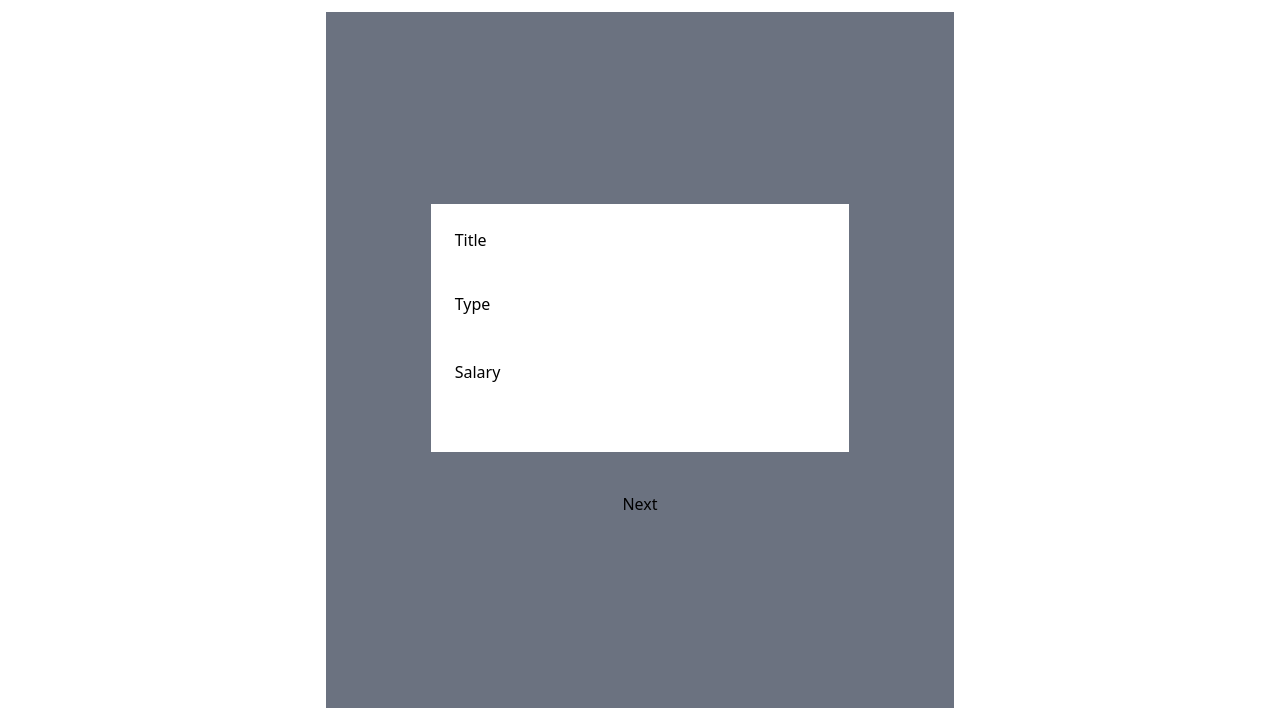
Repository: Abdibaye/Job-Sphere
Page: /form
The author's editor kept a copy of each file at every save. The page is drawn from the files as they stood at one save, then again after the next save.
The browser window is 1280 px wide. The pictures show the whole page.
The project was rebuilt for these pictures with package versions that can differ from the ones it lists, and the page was loaded fresh each time. Also part of the build but not shown: vite.config.js, src/components/search.jsx, src/components/navbar.jsx, src/pages/descriptionpage.jsx, src/components/job.jsx, src/components/feed.jsx, src/components/saved.jsx, src/components/filter.jsx and 4 more.

Above is the page before, as saved 2025-02-22 22:47:37.

### index.html
<!doctype html>
<html lang="en">
  <head>
    <meta charset="UTF-8" />
    <link rel="icon" type="image/svg+xml" href="/vite.svg" />

    <link rel="preconnect" href="https://fonts.googleapis.com">
    <link rel="preconnect" href="https://fonts.gstatic.com" crossorigin>
    <link href="https://fonts.googleapis.com/css2?family=Inter:ital,opsz,wght@0,14..32,100..900;1,14..32,100..900&family=Open+Sans:ital,wght@0,300..800;1,300..800&family=Poppins:wght@100;200;300;400;600;700&display=swap" rel="stylesheet">

    <meta name="viewport" content="width=device-width, initial-scale=1.0" />
    <title>Vite + React</title>
  </head>
  <body>
    <div id="root"></div>
    <script type="module" src="/src/main.jsx"></script>
  </body>
</html>

### src/main.jsx
import { StrictMode } from 'react'
import { createRoot } from 'react-dom/client'
import './index.css'
import App from './App.jsx'
import Description from './pages/descriptionpage.jsx'
import HomePage from './pages/homepage.jsx'

createRoot(document.getElementById('root')).render(
  <StrictMode>
    <App />
  </StrictMode>,
)

### src/App.jsx
import Navbar from "./components/navbar";
import Description from "./pages/descriptionpage";
import HomePage from "./pages/homepage";
import LoginPage from "./pages/loginpage";
import SignUp from "./pages/Signup";
import { BrowserRouter, Routes, Route, Outlet } from "react-router-dom";
import Feed from "./components/feed";
import Forms from "./pages/formpage";

function App() {
  return (
    <BrowserRouter>
      <Routes>
        {/* Default route for login */}
        <Route path="/" element={<LoginPage />} />

        {/* Nested routes under Navbar */}
        <Route path="/navbar" element={<Navbar />}>
          <Route index element={<HomePage    />} /> {/* Default child route */}
          <Route path="description" element={<Description />} /> {/* Relative path */}
        </Route>

        {/* Signup route */}
        <Route path="/signup" element={<SignUp />} />


        <Route path='/form' element = {<Forms />} />
      </Routes>
    </BrowserRouter>
  );
}

export default App;

### src/pages/formpage.jsx
import { BrowserRouter, Routes, Route, Link, Outlet } from "react-router-dom";
import Form from "../components/form";



function Forms(){
    return(
        <>
        <div>
        <Form />
        <Outlet />
        </div>
        </>
    )


}



export default Forms;

### src/components/form.jsx


function Form(){
    return(
        <div className=" h-screen  flex justify-center p-3 ">
            <div className="bg-gray-500 w-1/2 flex flex-col justify-center items-center">
              <div className="bg-[#fff] w-2/3 h-fit flex flex-col justify-center p-6 ">
                <p className="mb-3">Title</p>
                <input className="mb-2 h-[20px]" type="text" />
                <p className="mb-3">Type</p>
                <input className="mb-2" type="text" />
                <p className="mb-3">Salary</p>
                <input className="mb-2" type="text" />
              </div>
              <button className="mt-10">Next</button>
            </div>
        </div>
    );
}


export default Form

### tailwind.config.js
/** @type {import('tailwindcss').Config} */
export default {
  content: [
    "./index.html",
    "./src/**/*.{js,ts,jsx,tsx}",
  ],
  theme: {
    extend: {
      fontFamily: {
        'inter': ['Inter', 'sans-serif'],
      },
    },
  },
  plugins: [],
}

Loaded but not shown: src/index.css (common file)

After the next save:
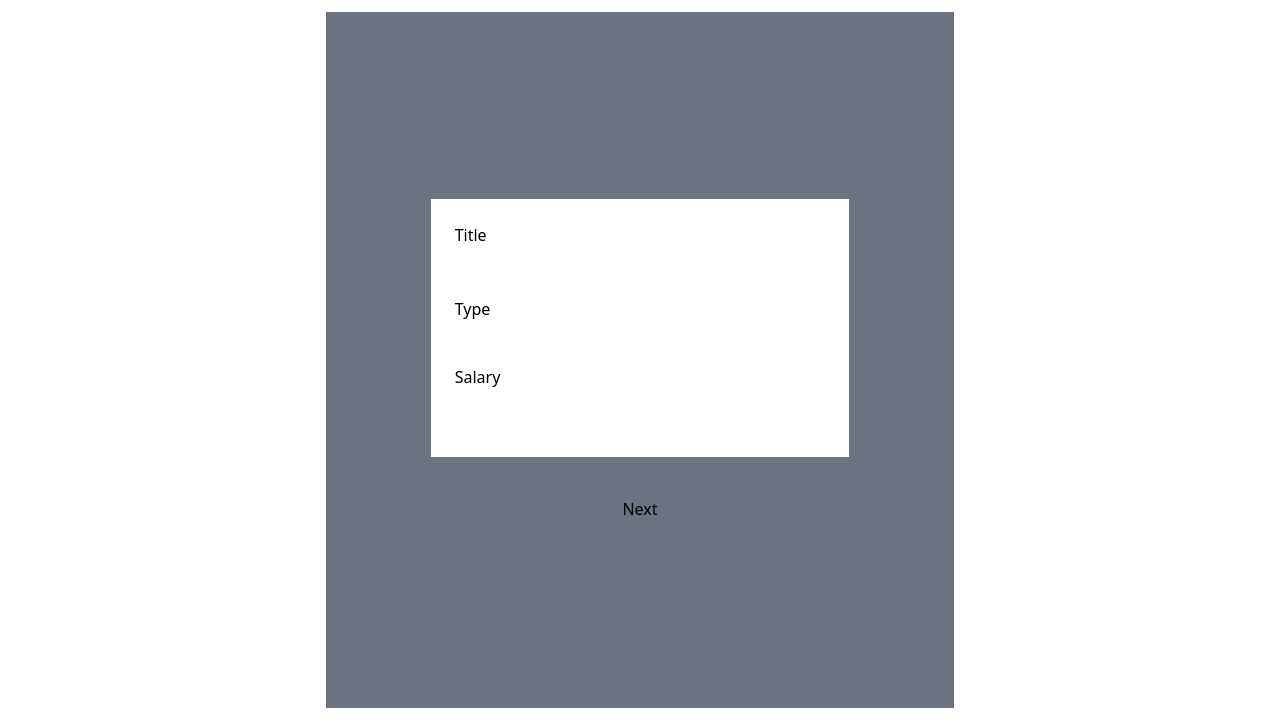
Saved 7 s later.
--- a/src/components/form.jsx
+++ b/src/components/form.jsx
@@ -6,7 +6,7 @@ function Form(){
             <div className="bg-gray-500 w-1/2 flex flex-col justify-center items-center">
               <div className="bg-[#fff] w-2/3 h-fit flex flex-col justify-center p-6 ">
                 <p className="mb-3">Title</p>
-                <input className="mb-2 h-[20px]" type="text" />
+                <input className="mb-2 h-[30px]" type="text" />
                 <p className="mb-3">Type</p>
                 <input className="mb-2" type="text" />
                 <p className="mb-3">Salary</p>
